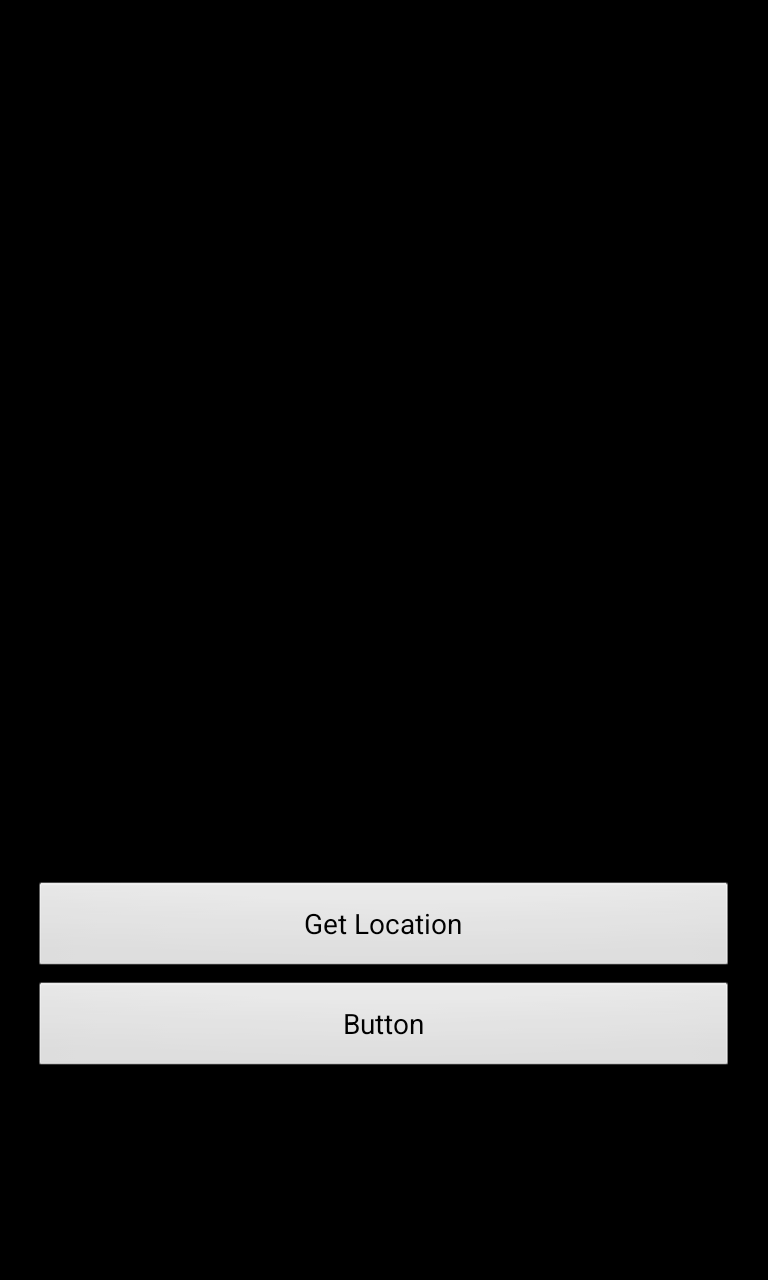
Repository: shajal16/water-Hackathon
Layout: hackathon/res/layout/activity_main.xml
The author's editor kept a copy of each file at every save. The layout is drawn from the files as they stood at one save, then again after the next save.
It is drawn on a 768 x 1280 px phone screen (xhdpi) without system bars, with theme android:Theme.NoTitleBar.Fullscreen; the app's code is not run.

Above is the layout before, as saved 2014-02-14 07:17:53.

### hackathon/res/layout/activity_main.xml
<RelativeLayout xmlns:android="http://schemas.android.com/apk/res/android"
    xmlns:tools="http://schemas.android.com/tools"
    android:layout_width="match_parent"
    android:layout_height="match_parent"
    android:paddingBottom="@dimen/activity_vertical_margin"
    android:paddingLeft="@dimen/activity_horizontal_margin"
    android:paddingRight="@dimen/activity_horizontal_margin"
    android:paddingTop="@dimen/activity_vertical_margin"
    tools:context=".MainActivity" >

 <Button
     android:id="@+id/button1"
     android:layout_width="fill_parent"
     android:layout_height="wrap_content"
     android:layout_alignParentBottom="true"
     android:layout_alignParentLeft="true"
     android:layout_marginBottom="136dp"
     android:text="Get Location" />

 <Button
     android:id="@+id/button2"
     android:layout_width="fill_parent"
     android:layout_height="wrap_content"
     android:layout_alignParentLeft="true"
     android:layout_alignTop="@+id/button1"
     android:layout_marginTop="50dp"
     android:text="Button" />

</RelativeLayout>

Loaded but not shown: hackathon/res/values/dimens.xml (common file)

After the next save:
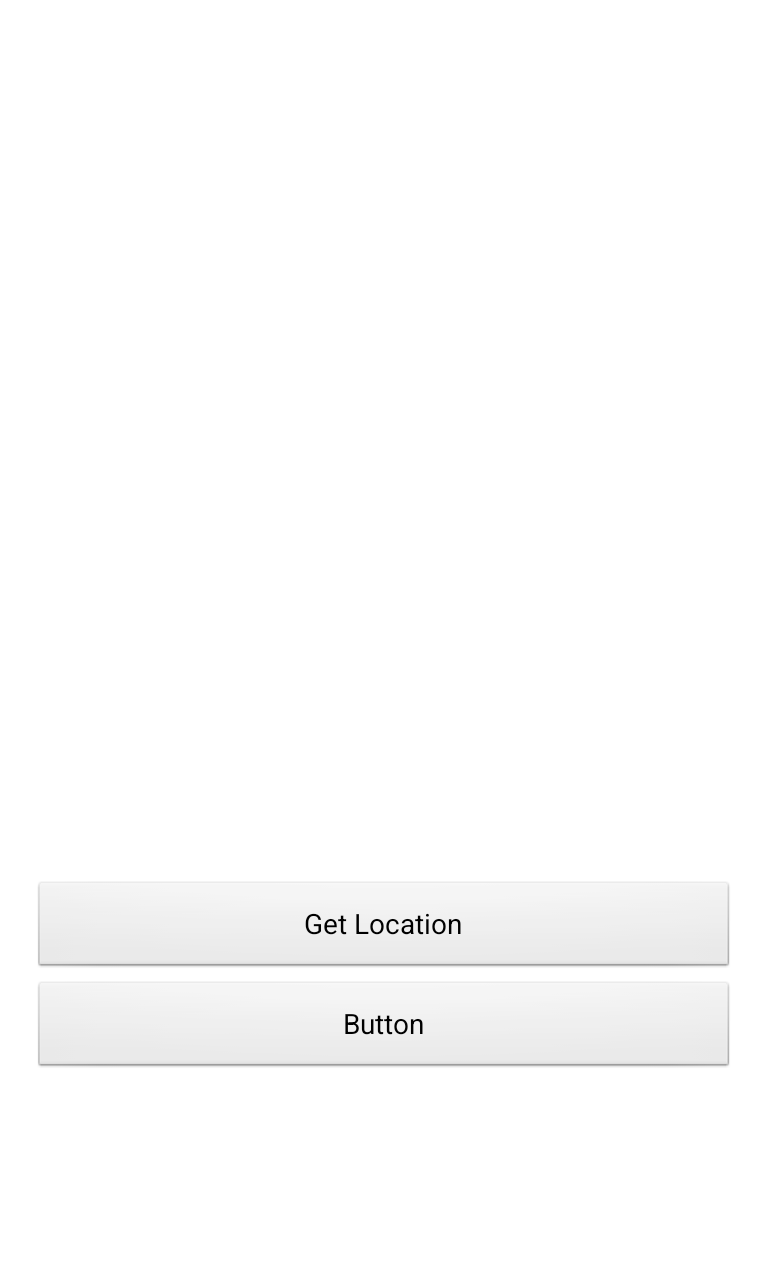
Saved 5 min 26 s later.
--- a/hackathon/res/layout/activity_main.xml
+++ b/hackathon/res/layout/activity_main.xml
@@ -6,7 +6,9 @@
     android:paddingLeft="@dimen/activity_horizontal_margin"
     android:paddingRight="@dimen/activity_horizontal_margin"
     android:paddingTop="@dimen/activity_vertical_margin"
-    tools:context=".MainActivity" >
+    tools:context=".MainActivity"
+    android:background="@android:color/background_light"
+     >
 
  <Button
      android:id="@+id/button1"
